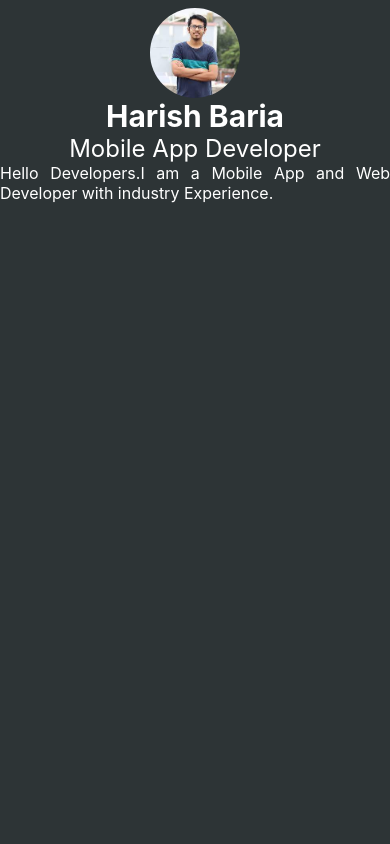
Repository: harishbariya/React-Native-ui-desiign
Screen: /
The author's editor kept a copy of each file at every save. The screen is drawn from the files as they stood at one save, then again after the next save.
The app was drawn by React Native's web renderer in a window 390 px wide. The project was rebuilt for these pictures with package versions that can differ from the ones it lists, and the page was loaded fresh each time.

Above is the screen before, as saved 2021-11-17 14:20:34.

### App.js
import React, { Component } from 'react';
import {View,Text,StyleSheet,Image} from 'react-native';


class App extends Component
{
  render()
  {
    return(
      <View style={styles.display}>
      <Image style={{alignSelf:"center",marginTop:8,borderRadius:1000}}source={{uri:"data:[embedded picture, 9311 characters]"
      ,width:90,height:90}}/>
        <Text style={[styles.textstyles,{color:"#fff",fontSize:30,fontWeight:"bold"}]}>Harish Baria</Text>
        <Text style={[styles.textstyles,{fontSize:24}]}>Mobile App Developer</Text>
      <Text style={{color:"#fff",fontSize:16,textAlign:"justify"}}>Hello Developers.I am a Mobile App and Web Developer with industry Experience.</Text>
      </View>
    );
  }
}

const styles=StyleSheet.create({

  display:{
    flex:1,
    flexDirection:"column",
    backgroundColor:"#2d3436",
  },
  textstyles:{
    color:"#fff",
    textAlign:"center",
  }

})

export default App

After the next save:
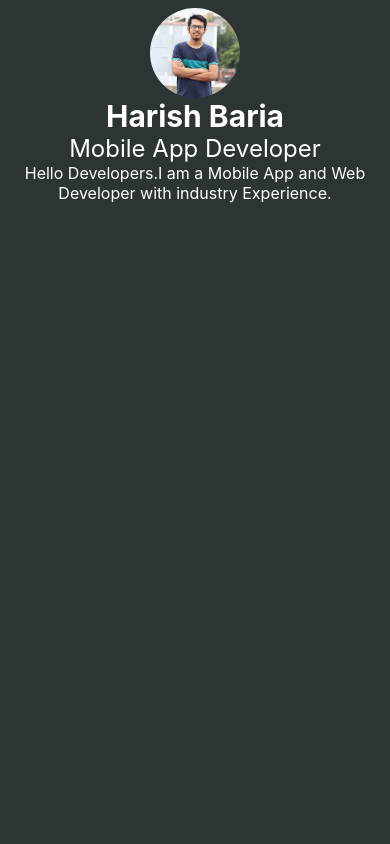
Saved 11 s later.
--- a/App.js
+++ b/App.js
@@ -12,7 +12,7 @@ class App extends Component
       ,width:90,height:90}}/>
         <Text style={[styles.textstyles,{color:"#fff",fontSize:30,fontWeight:"bold"}]}>Harish Baria</Text>
         <Text style={[styles.textstyles,{fontSize:24}]}>Mobile App Developer</Text>
-      <Text style={{color:"#fff",fontSize:16,textAlign:"justify"}}>Hello Developers.I am a Mobile App and Web Developer with industry Experience.</Text>
+      <Text style={{color:"#fff",fontSize:16,textAlign:"center"}}>Hello Developers.I am a Mobile App and Web Developer with industry Experience.</Text>
       </View>
     );
   }
